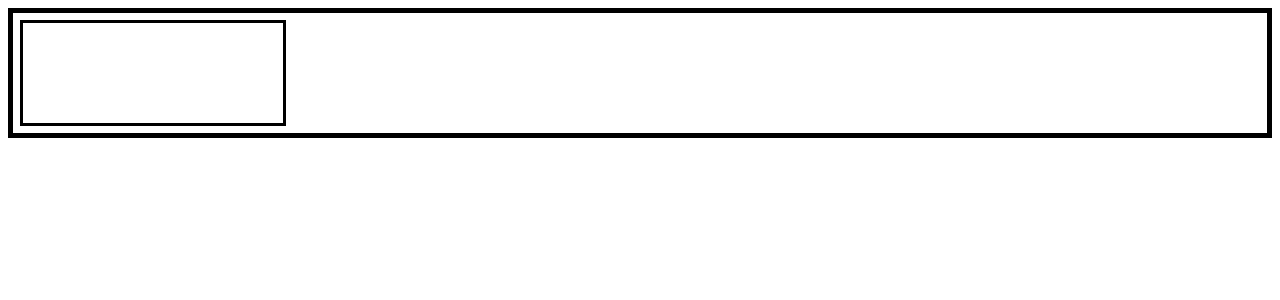
Repository: cartervandekamp/htmlstructure.mdia2003
Page: htmlstructure-psd/index.html
These files come from the project's save history. The page is drawn as it stood at one moment and after the next save; the edit follows.
The browser window is 1280 px wide. The pictures show the whole page.

Above is the page before, as saved 2023-01-16 17:58:54.

### htmlstructure-psd/index.html
<!DOCTYPE html>
<html lang="en">
<head>
    <title>Document</title>
    <link rel="stylesheet" href="style.css">
</head>
<body>
    <div class="toprow">
        <div class="topleft"></div>
        <div class="topmiddle"></div>
        <div class="topright"></div>
    </div>
    <div class="thinbar"></div>
    <div class="secondrow">
        <div class="secondleft"></div>
        <div class="secondmiddle"></div>
        <div class="secondright"></div>
    </div>
    <div class="middlecontent">
        <div class="middleleftone">
            <div class="titletextone"></div>
            <div class="bodytextone"></div>
            <div class="footerone"></div>
        </div>
        <div class="middlelefttwo">
            <div class="titletexttwo"></div>
            <div class="bodytexttwo"></div>
            <div class="footertwo"></div>
        </div>
    </div>
    <div class="middlerightone"></div>
    <div class="middlerighttwo"></div>
    <div class="middlerightthree"></div>
    <div class="middletextfour"></div>
<div class="footer">
    <div class="footertitle"></div>
    <div class="footercontent">
        <div class="footercontentone"></div>
        <div class="footercontenttwo"></div>
        <div class="footercontentthree"></div>
        <div class="footercontentfour"></div>
    </div>
    <div class="footerbottom"></div>
</div>

</body>
</html>

### htmlstructure-psd/style.css
body {
    border-style: solid;
    border-color: black;
    border-width: 2px;
}

.toprow {
    height: 120px;
    border-style: solid;
    border-color: black;
}

.topleft {
    height: 100px;
    width: 250px;
    margin: 7px;
    padding-left: 10px;
    border-style: solid;
    border-color: black;
}

After the next save:
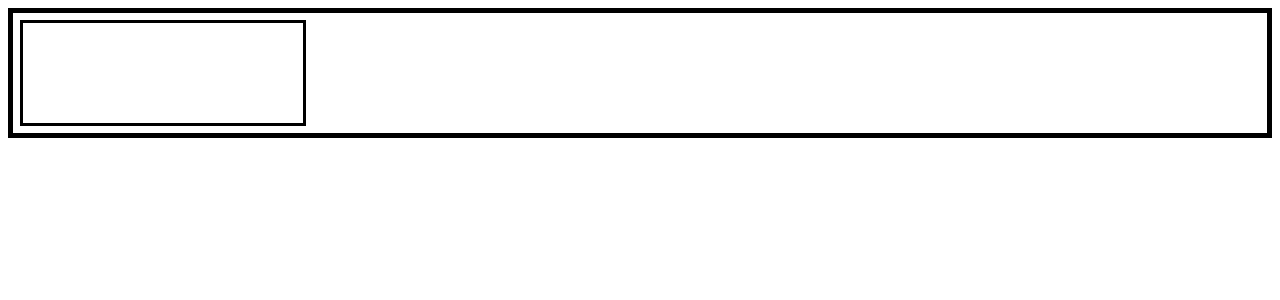
Saved 5 s later.
--- a/htmlstructure-psd/style.css
+++ b/htmlstructure-psd/style.css
@@ -14,7 +14,7 @@ body {
     height: 100px;
     width: 250px;
     margin: 7px;
-    padding-left: 10px;
+    padding-left: 30px;
     border-style: solid;
     border-color: black;
 }
